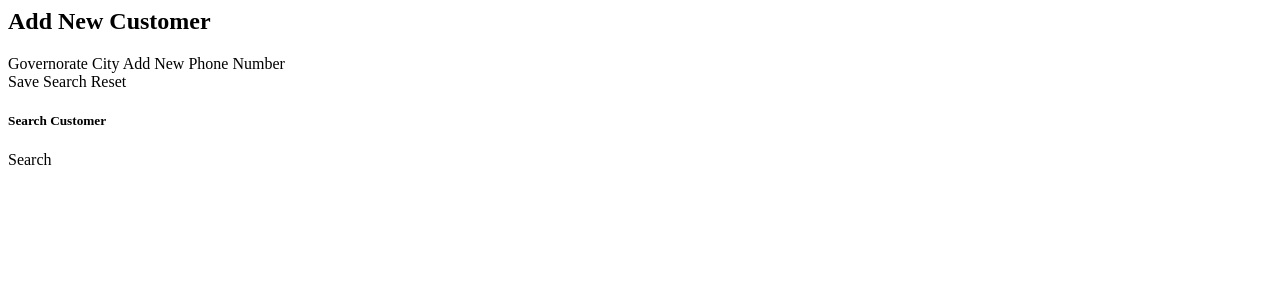
Repository: MagdyIYounis/Project-EDelivery
Page: ForntEnd/src/js/views/customers.html
These files come from the project's save history. The page is drawn as it stood at one moment and after the next save; the edit follows.
The browser window is 1280 px wide. The pictures show the whole page.

Above is the page before, as saved 2020-07-03 02:04:08.

### ForntEnd/src/js/views/customers.html
<!--
 Copyright (c) 2014, 2020, Oracle and/or its affiliates.
 The Universal Permissive License (UPL), Version 1.0
 -->
<div class="oj-hybrid-padding">
  <div id="overlayMessages">
    <oj-messages
      messages="{{messagesDataprovider}}"
      position="{}"
      display="general"
    >
    </oj-messages>
  </div>
  <h2>Add New Customer</h2>
  <oj-form-layout max-columns="4" direction="row">
    <oj-input-text
      label-hint="Code Customer"
      disabled="true"
      value="{{Code_Cust}}"
    ></oj-input-text>
    <oj-input-text
      id="NameCustomer"
      required="true"
      label-hint="Name Customer"
      autocomplete="off"
      validators="[[valid_Name]]"
      value="{{NameCustomer}}"
    ></oj-input-text>
    <oj-label for="Governorate">Governorate</oj-label>
    <oj-combobox-one
      id="Governorate"
      value="{{val_Country}}"
      required="true"
      on-value-changed="[[valueChangeCountry]]"
      options="{{Country_Op}}"
      style="max-width: 18.1em;"
    >
    </oj-combobox-one>
    <oj-label for="City">City</oj-label>
    <oj-combobox-one
      id="City"
      value="{{val_City}}"
      required="true"
      options="{{City_Op}}"
      style="max-width: 18.1em;"
    >
    </oj-combobox-one>

    <oj-input-number
      id="District_Number"
      aria-label="District_Number"
      label-hint="District Number"
      min="1"
      value="{{District_Number}}"
    ></oj-input-number>

    <oj-input-number
      id="Neighboring_Number"
      aria-label="Neighboring_Number"
      label-hint="Neighboring Number"
      min="1"
      value="{{Neighboring_Number}}"
    ></oj-input-number>

    <oj-input-number
      id="Block_Number"
      aria-label="Block_Number"
      label-hint="Block Number"
      min="1"
      value="{{Block_Number}}"
    ></oj-input-number>

    <oj-input-number
      id="Floor_Number"
      aria-label="Floor_Number"
      label-hint="Floor Number"
      min="1"
      value="{{Floor_Number}}"
    ></oj-input-number>

    <oj-input-number
      id="Flat_Number"
      aria-label="Flat_Number"
      label-hint="Flat Number"
      min="0"
      value="{{Flat_Number}}"
    ></oj-input-number>
    <oj-text-area
      id="info"
      label-hint="Info"
      rows="2"
      autocomplete="off"
      value="{{info}}"
    >
    </oj-text-area>
    <oj-label for="Phone">Add New Phone Number</oj-label>

    <oj-combobox-many
      id="Phone"
      on-value-changed="[[valueChangeHandler]]"
      value="{{Phone}}"
      messages-custom="{{error_Phone}}"
      style="max-width: 20em;"
      required="true"
    >
    </oj-combobox-many>

    <div>
      <oj-button
        id="Save"
        chroming="callToAction"
        on-oj-action="[[Save]]"
        class="but-Style oj-button-primary"
      >
        Save
      </oj-button>

      <oj-button
        id="Search"
        chroming="callToAction"
        on-oj-action="[[openListener]]"
        class="but-Style oj-button-primary"
      >
        Search
      </oj-button>
      <oj-button
        id="Reset"
        chroming="callToAction"
        on-oj-action="[[clear]]"
        class="but-Style oj-button-primary"
      >
        Reset
      </oj-button>
    </div>
  </oj-form-layout>
  <oj-table
    id="CustomerTable"
    aria-label="Customer Table"
    data="[[dataprovider]]"
    onselect="select()"
    columns-default='{"sortable": "enabled"}'
    selection-mode='{"row": "single", "column": "single"}'
    selected.row="{{selectedRows}}"
    selected.column="{{selectedColumns}}"
    scroll-policy="loadMoreOnScroll"
    scroll-policy="loadMoreOnScroll"
    scroll-policy-options='{"fetchSize": 10}'
    columns='[{"headerText": "Customer Id",
              "field": "Cust_ID",
              "headerClassName": "oj-sm-only-hide",
              "className": "oj-sm-only-hide",
              "resizable": "enabled"},
            {"headerText": "Customer Name",
              "field": "Cust_Name",
              "resizable": "enabled"},
            {"headerText": "Details",
              "field": "Details",
              "headerClassName": "oj-sm-only-hide",
              "className": "oj-sm-only-hide",
              "resizable": "enabled"},
            {"headerText": "Info",
              "field": "Info",
              "resizable": "enabled"},
              {"headerText": "Point",
              "field": "Point",
              "resizable": "enabled"},
              {"headerText": "Date",
                "field": "Date",
                "resizable": "enabled"}]'
    style="width: 100%; height: 400px;"
  >
  </oj-table>

  <oj-popup
    id="popup1"
    class="demo-popup"
    tail="none"
    position.my.horizontal="center"
    position.my.vertical="center"
    position.at.horizontal="center"
    position.at.vertical="center"
    position.of="window"
    position.offset.y="-10"
    modality="modal"
    on-oj-animate-start="[[startAnimationListener]]"
  >
    <div class="demo-popup-body">
      <div class="demo-popup-header"><h5>Search Customer</h5></div>
      <div class="demo-popup-content">
        <oj-input-text
          aria-label="Code Customer"
          label-hint="Code Customer"
          value="{{Code_Cust_Search}}"
        ></oj-input-text>
        <oj-input-text
          id="Phone"
          label-hint="Phone"
          value="{{Phone_Search}}"
        ></oj-input-text>
      </div>
      <div class="demo-popup-footer">
        <oj-button id="btnCancel" on-oj-action="[[cancelListener]]">
          Search
        </oj-button>
      </div>
    </div>
  </oj-popup>
</div>

After the next save:
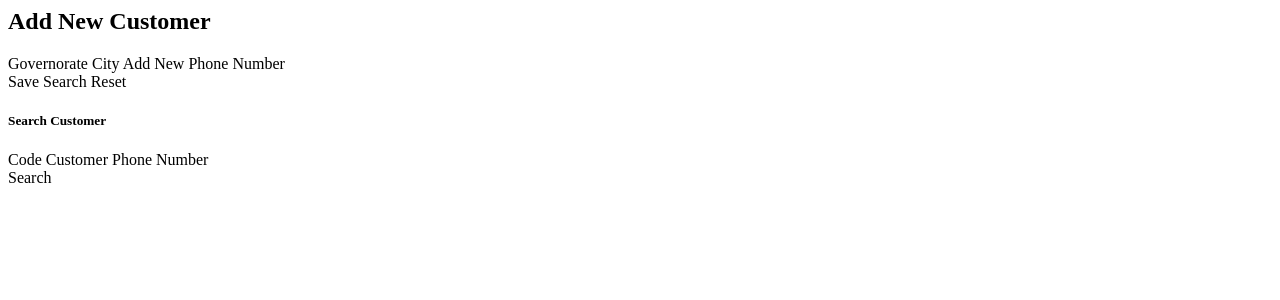
Saved 118 s later.
--- a/ForntEnd/src/js/views/customers.html
+++ b/ForntEnd/src/js/views/customers.html
@@ -187,13 +187,15 @@
     <div class="demo-popup-body">
       <div class="demo-popup-header"><h5>Search Customer</h5></div>
       <div class="demo-popup-content">
+        <oj-label for="CodeCustomerSearch">Code Customer</oj-label>
         <oj-input-text
-          aria-label="Code Customer"
+          id="CodeCustomerSearch"
           label-hint="Code Customer"
           value="{{Code_Cust_Search}}"
         ></oj-input-text>
+        <oj-label for="Phone_Search">Phone Number</oj-label>
         <oj-input-text
-          id="Phone"
+          id="Phone_Search"
           label-hint="Phone"
           value="{{Phone_Search}}"
         ></oj-input-text>
